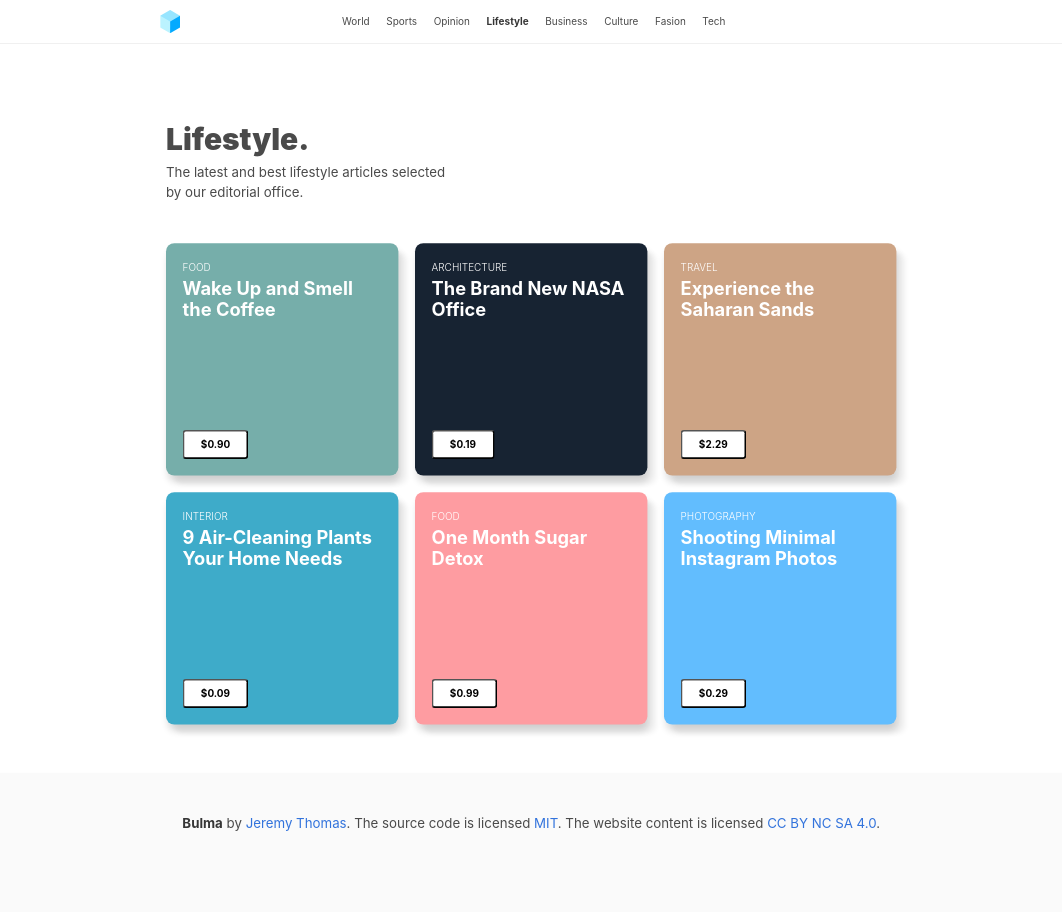
Repository: DOODpls/js_ass1
Page: index.html
The author's editor kept a copy of each file at every save. The page is drawn from the files as they stood at one save, then again after the next save.
The browser window is 1280 px wide. The pictures show the whole page, at 83% of full size.

Above is the page before, as saved 2019-11-22 19:09:21.

### index.html
<!DOCTYPE html>
<html>
<head>
    <title></title>
    <link rel="stylesheet" href="https://cdnjs.cloudflare.com/ajax/libs/bulma/0.7.5/css/bulma.min.css" integrity="sha256-vK3UTo/8wHbaUn+dTQD0X6dzidqc5l7gczvH+Bnowwk=" crossorigin="anonymous" />
    <link rel="stylesheet" type="text/css" href="./styles.css">
</head>
<body>

    <nav class="navbar">
        <div class="container">
            <div class="logo"></div>
            <ul>
                <li>World</li>
                <li>Sports</li>
                <li>Opinion</li>
                <li><strong>Lifestyle</strong></li>
                <li>Business</li>
                <li>Culture</li>
                <li>Fasion</li>
                <li>Tech</li>
            </ul>
            <span class="icon">
              <i class="ion-ionic" style='color: black; background: black;'></i>
            </span>
        </div>
    </nav>

    <section class="section">
        <div class="container">
            <div style='margin: 40px 10px 40px'>
                <h1>Lifestyle.</h1>
                <p>The latest and best lifestyle articles selected<br/>
                    by our editorial office.
                </p>
            </div>
        </div>
        <div class="container">
            <div class='card-row' id='content'></div>
        </div>
    </section>

    <footer class="footer">
        <div class="content has-text-centered">
            <p>
                <strong>Bulma</strong> by <a href="https://jgthms.com">Jeremy Thomas</a>. The source code is licensed
                <a href="http://opensource.org/licenses/mit-license.php">MIT</a>. The website content
                is licensed <a href="http://creativecommons.org/licenses/by-nc-sa/4.0/">CC BY NC SA 4.0</a>.
            </p>
        </div>
    </footer>

    <script type="text/javascript" src='./app.js'></script>
</body>
</html>

### styles.css
/* - - - - - - - - - - - - - - - - - - - - - - - - - - - - - -
GENERAL
- - - - - - - - - - - - - - - - - - - - - - - - - - - - - - */
h1 {
    font-size: 36px;
    font-weight: 900;
}

.container {
    max-width: 900px;
}

/* - - - - - - - - - - - - - - - - - - - - - - - - - - - - - -
NAV
- - - - - - - - - - - - - - - - - - - - - - - - - - - - - - */
nav {
    border-bottom: 1px solid #ededed;
}

.navbar > .container {
    display: flex;
    align-items: center;
    justify-content: space-between;
}

nav .container ul {
    display: flex;
}

nav .container ul li {
    margin: 0 10px;
    font-size: 12px;
}

.logo {
    background: url('./img/logo.svg');
    background-size: 24px;
    background-position: center;
    background-repeat: no-repeat;

    height: 30px;
    width: 30px;
}

@media (max-width: 600px) {
    nav .container {
        padding: 0 30px;
    }

    nav .container ul {
        display: none;
    }
}

/* TILES */
.card-row {
    display: flex;
    flex-wrap: wrap;
}

.card {
    height: 280px;
    border-radius: 10px;
    background: rgba(23, 35, 50, 1);
    flex: 1 230px;
    margin: 10px;
    padding: 20px;
    position: relative;
    box-shadow: 2px 8px 9px 0px rgba(0, 0, 0, 0.14),
        11px 11px 6px rgba(0, 0, 0, 0.05);
}

.card .buy-button {
    position: absolute;
    bottom: 20px;
    left: 20px;
    background: white;
    color: black;
    border-radius: 4px;
    padding: 8px 20px;
    font-size: 12px;
    font-weight: 700;
}

.card .topic {
    color: white;
    font-weight: 300;
    font-size: 12px;
    text-transform: uppercase;
    margin-bottom: 5px;
}
.card .title {
    color: white;
    font-weight: 700;
    font-size: 22px;
}

### app.js
const green = 'rgba(118,174, 170, 1)'
const black = 'rgba(23,35, 50, 1)'
const brown = 'rgba(205,164, 133, 1)'
const greenblue = 'rgba(62,171, 201, 1)'
const pink = 'rgba(254,156, 161, 1)'
const blue = 'rgba(98,189, 254, 1)'

const data = [
    {
        topic: 'Food',
        title: 'Wake Up and Smell the Coffee',
        price: '$0.90',
        color: green
    },
    {
        topic: 'Architecture',
        title: 'The Brand New NASA Office',
        price: '$0.19',
        color: black
    },
    {
        topic: 'Travel',
        title: 'Experience the Saharan Sands',
        price: '$2.29',
        color: brown
    },
    {
        topic: 'Interior',
        title: '9 Air-Cleaning Plants Your Home Needs',
        price: '$0.09',
        color: greenblue
    },
    {
        topic: 'Food',
        title: 'One Month Sugar Detox',
        price: '$0.99',
        color: pink
    },
    {
        topic: 'Photography',
        title: 'Shooting Minimal Instagram Photos',
        price: '$0.29',
        color: blue
    }
]

// Instructions
// Take the data above and display it as tiles on the page
        //tried to do sort, but i suck
        // const button1 = document.querySelector('body section .container')
        // const btn1 = document.createElement('button')
        // btn1.className= 'buy-button'
        // btn1.id = "butt1"
        // button1.appendChild(btn1)

        // function sort1(){
        //     data.sort((a, b) => (a.topic > b.topic) ? 1 : -1)
        // }

        // const button2 = document.querySelector('#butt1')
        // button2.addEventListener('click', function(event) {
        //     sort1()
        // })

    for(i=0; i<data.length; i++){
        let heig


        const tilers = document.querySelector('#content')
        const divr = document.createElement('div')
        divr.className= 'card'
        divr.style.backgroundColor = data[i].color
        divr.style.height = heig
        divr.id = 'divtile'+ i
        tilers.appendChild(divr)
        if(i == 0){
          divr.style.width = "400px"
        } else if(i == 5) {
          divr.style.width = "400px"
        } else {

        }
        const p1 = document.querySelector('#divtile'+i)
        const pr1 = document.createElement('p')
        pr1.textContent = data[i].topic
        pr1.className= 'topic'
        p1.appendChild(pr1)

        const p2 = document.querySelector('#divtile'+i)
        const pr2 = document.createElement('p')
        pr2.textContent = data[i].title
        pr2.className= 'title'
        p2.appendChild(pr2)

        const btn1 = document.querySelector('#divtile'+i)
        const btr2 = document.createElement('button')
        btr2.textContent = data[i].price
        btr2.className= 'buy-button'
        btn1.appendChild(btr2)
    }

    // data.forEach(function(item)
    // {
    //     const tilers = document.querySelector('#content')
    //     const divr = document.createElement('div')
    //     divr.className = 'card'
    //     divr.style.backgroundColor = item.color
    //     tilers.appendChild(divr)

    //     const pr1 = document.createElement('p')
    //     pr1.textContent = item.topic
    //     pr1.className= 'topic'
    //     divr.appendChild(pr1)

    //     const pr2 = document.createElement('p')
    //     pr2.textContent = item.title
    //     pr2.className= 'title'
    //     divr.appendChild(pr2)

    //     const btr2 = document.createElement('button')
    //     btr2.textContent = item.price
    //     btr2.className= 'buy-button'
    //     divr.appendChild(btr2)
    // })


    //this one also works lolllll
    // data.forEach(function(items)
    // {
    // //   document.getElementById('content').innerHTML += '<div class="card" style="background-color:'+items.color+'"><p class="topic">'+items.topic+'</p><p class="title">'+items.title+'</p><button class="buy-button">'+items.price+'</button></div>';
    // })

After the next save:
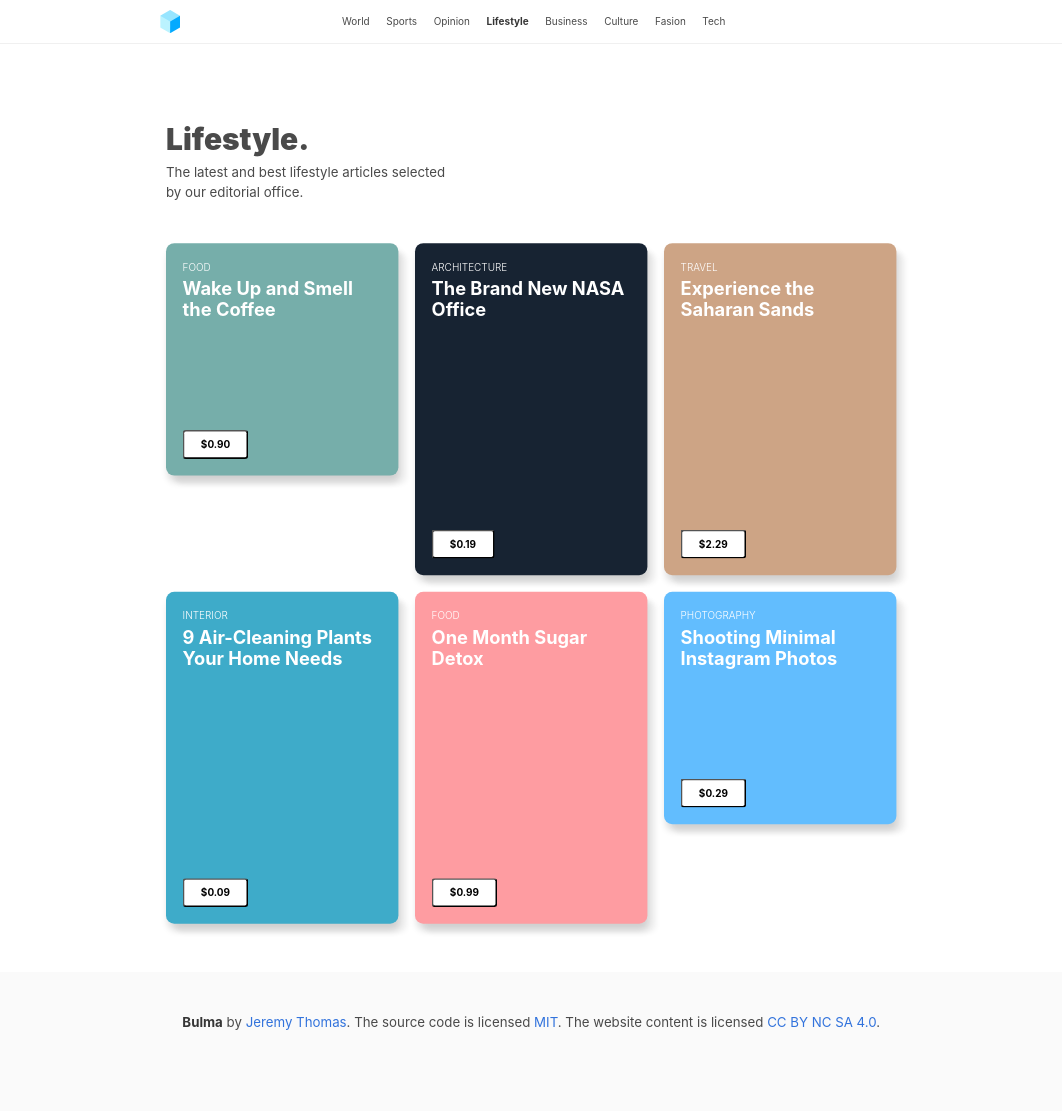
Saved 9 s later.
--- a/app.js
+++ b/app.js
@@ -78,7 +78,7 @@ const data = [
         } else if(i == 5) {
           divr.style.width = "400px"
         } else {
-
+          divr.style.height = "400px"
         }
         const p1 = document.querySelector('#divtile'+i)
         const pr1 = document.createElement('p')
